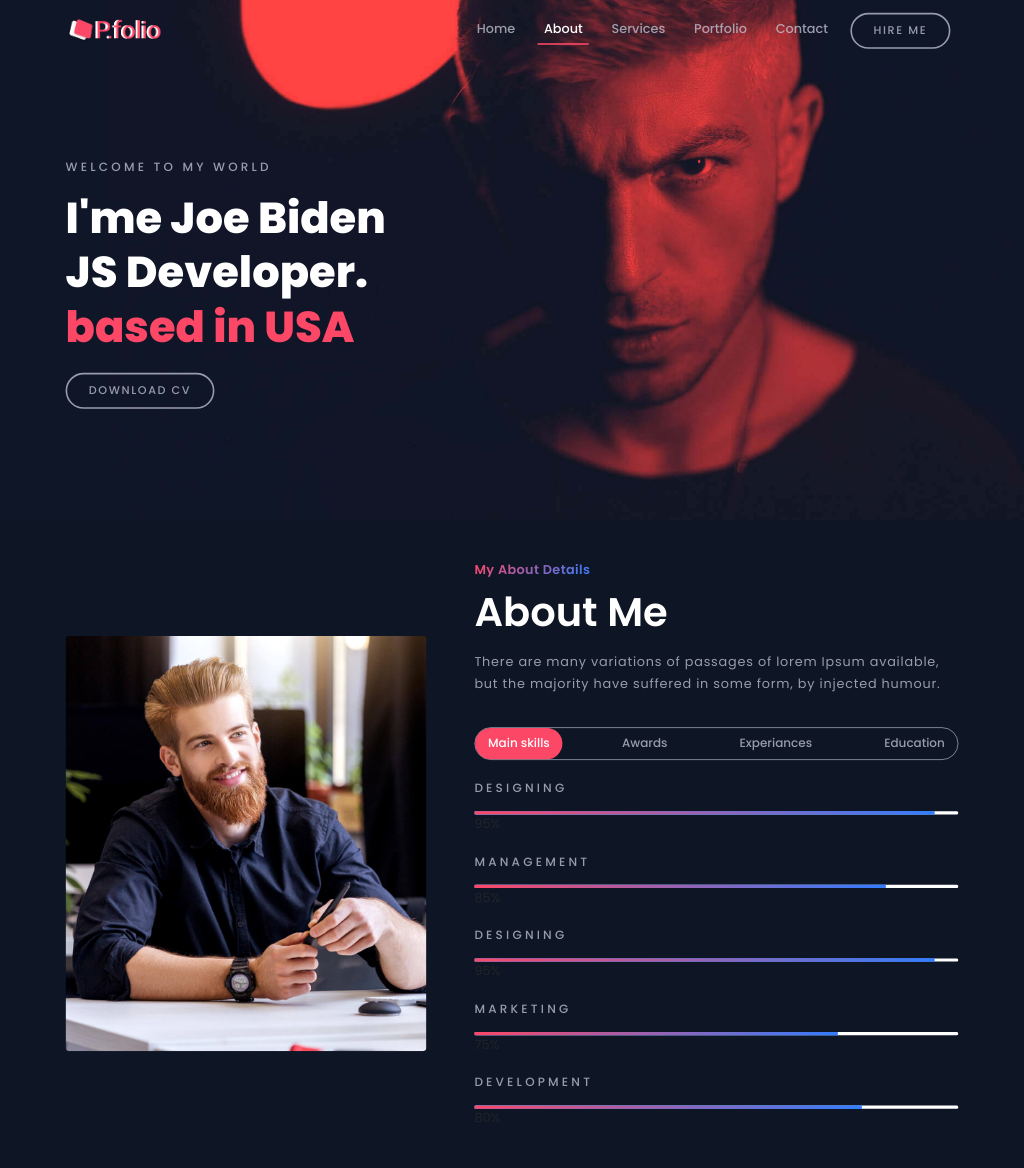
Repository: wadelfadill/Bootstrap_tache_3_responsive_portfolio
Page: index.html
These files come from the project's save history. The page is drawn as it stood at one moment and after the next save; the edit follows.
The browser window is 1280 px wide. The pictures show the whole page, at 80% of full size.
Backgrounds fixed to the window are drawn as part of the page. Some web libraries are served in a nearby version.

Above is the page before, as saved 2023-04-11 10:55:09.

### index.html
<!DOCTYPE html>
<html lang="en">
<head>
    <meta charset="UTF-8">
    <meta http-equiv="X-UA-Compatible" content="IE=edge">
    <meta name="viewport" content="width=device-width, initial-scale=1.0">
    <title>Bootstrap_Responsive_Portfolio</title>
    <!------ FAVICON ------->
    <link rel="icon" type="image/png" href="images/favicon.png">

    <!------------ Bootstrap link --------------->
    <link href="https://cdn.jsdelivr.net/npm/bootstrap@5.1.3/dist/css/bootstrap.min.css" rel="stylesheet" integrity="sha384-1BmE4kWBq78iYhFldvKuhfTAU6auU8tT94WrHftjDbrCEXSU1oBoqyl2QvZ6jIW3" crossorigin="anonymous">

    <!-------------- Font-awsome script  ------------->
    <script src="https://kit.fontawesome.com/8f130c8a35.js" crossorigin="anonymous"></script>

    <!------------ CSS files link  ------------->
    <link rel="stylesheet" href="css/style.css">
    <link rel="stylesheet" href="css/responsive-style.css">

    <!------------- Google-Font link ---------------->
    <link rel="stylesheet" href="https://fonts.googleapis.com/css2?family=Poppins%3Awght%40100%3B200%3B300%3B400%3B500%3B600%3B700%3B800%3B900&display=swap">
</head>
<body data-bs-spy="scroll" data-bs-target=".navbar" data-bs-offset="75">
    <!------------------------------------------------------>
        <!------------- Navbar Section ----------->
        <header class="header_wrapper">
            <nav class="navbar navbar-expand-lg fixed-top">
                <div class="container">
                  <a class="navbar-brand" href="#">
                    <img src="images/logo.png" alt="logo" class="img-fluid">
                  </a>
                  <button class="navbar-toggler" type="button" data-bs-toggle="collapse" data-bs-target="#navbarNav" aria-controls="navbarNav" aria-expanded="false" aria-label="Toggle navigation">
                    <i class="fa-solid fa-bars-staggered navbar-toggler-icon"></i>
                  </button>
                  <div class="collapse navbar-collapse justify-content-end" id="navbarNav">
                    <ul class="navbar-nav menu-navbar-nav">
                      <li class="nav-item">
                        <a class="nav-link active" aria-current="page" href="#home">Home</a>
                      </li>
                      <li class="nav-item">
                        <a class="nav-link" href="#about">About</a>
                      </li>
                      <li class="nav-item">
                        <a class="nav-link" href="#services">Services</a>
                      </li>
                      <li class="nav-item">
                        <a class="nav-link" href="#portfolio">Portfolio</a>
                      </li>
                      <li class="nav-item">
                        <a class="nav-link" href="#contact">Contact</a>
                      </li>
                      <li class="nav-item mt-3 mt-lg-0">
                        <a class="main-btn" href="#contact">Hire me</a>
                      </li>
                    </ul>
                  </div>
                </div>
              </nav>
        </header>
        <!----------- Navbar section end -------->
    <!------------------------------------------------------>
        <!----------- Banner section ------------->
        <section id="home" class="banner_wrapper">
            <div class="container">
                <div class="row">
                    <div class="col-sm-12 text-center text-md-start">
                        <h6>WELCOME TO MY WORLD</h6>
                        <h1>I'me Joe Biden <br> JS Developer. <span><br>based in USA</span></h1>
                        <div class="mt-4">
                            <a href="" class="main-btn">Download CV</a>
                        </div>
                    </div>
                </div>
            </div>
        </section>
        <!----------- Banner section end --------->
    <!------------------------------------------------------>
        <!----------- About section -------------->
        <section id="about" class="about_wrapper">
            <div class="container">
              <div class="row justify-content-between align-items-center">
                  <div class="col-lg-5 mb-lg-0">
                    <img src="images/about.jpg" alt="about-img" class="img-fluid rounded-3">
                  </div>
                  <div class="col-lg-7 ps-lg-5 text-center text-lg-start">
                    <div class="my-3 my-lg-0">
                      <span class="subtitle">My About Details</span>
                      <h2>About Me</h2>
                      <p>There are many variations of passages of lorem Ipsum available, but the majority have
                        suffered in some form, by injected humour.</p>
                    </div>
                    <div class="pt-4">
                      <ul class="nav nav-pills mb-3 justify-content-center justify-content-lg-between" id="pills-tab" role="tablist">
                        <li class="nav-item" role="presentation">
                          <button class="nav-link active" id="pills-skill-tab" data-bs-toggle="pill" data-bs-target="#pills-skill" type="button" role="tab" aria-controls="pills-skill" aria-selected="true">Main skills</button>
                        </li>
                        <li class="nav-item" role="presentation">
                          <button class="nav-link" id="pills-award-tab" data-bs-toggle="pill" data-bs-target="#pills-award" type="button" role="tab" aria-controls="pills-award" aria-selected="false">Awards</button>
                        </li>
                        <li class="nav-item" role="presentation">
                          <button class="nav-link" id="pills-experiance-tab" data-bs-toggle="pill" data-bs-target="#pills-experiance" type="button" role="tab" aria-controls="pills-experiance" aria-selected="false">Experiances</button>
                        </li>
                        <li class="nav-item" role="presentation">
                          <button class="nav-link" id="pills-education-tab" data-bs-toggle="pill" data-bs-target="#pills-education" type="button" role="tab" aria-controls="pills-education" aria-selected="false">Education</button>
                        </li>
                      </ul>
                      <div class="tab-content" id="pills-tabContent">
                        <div class="tab-pane fade show active" id="pills-skill" role="tabpanel" aria-labelledby="pills-skill-tab" tabindex="0">
                            <div class="single-progress">
                                <h6>Designing</h6>
                                <div class="progress">
                                  <div class="progress-bar" role="progressbar" aria-label="Basic example" style="width: 95%" aria-valuenow="25" aria-valuemin="0" aria-valuemax="100"></div>
                                </div>
                                <span class="lable">95%</span>
                            </div>
                            <div class="single-progress">
                              <h6>Management</h6>
                              <div class="progress">
                                <div class="progress-bar" role="progressbar" aria-label="Basic example" style="width: 85%" aria-valuenow="25" aria-valuemin="0" aria-valuemax="100"></div>
                              </div>
                              <span class="lable">85%</span>
                            </div>
                            <div class="single-progress">
                              <h6>Designing</h6>
                              <div class="progress">
                                <div class="progress-bar" role="progressbar" aria-label="Basic example" style="width: 95%" aria-valuenow="25" aria-valuemin="0" aria-valuemax="100"></div>
                              </div>
                              <span class="lable">95%</span>
                            </div>
                            <div class="single-progress">
                              <h6>Marketing</h6>
                              <div class="progress">
                                <div class="progress-bar" role="progressbar" aria-label="Basic example" style="width: 75%" aria-valuenow="25" aria-valuemin="0" aria-valuemax="100"></div>
                              </div>
                              <span class="lable">75%</span>
                            </div>
                            <div class="single-progress">
                              <h6>Development</h6>
                              <div class="progress">
                                <div class="progress-bar" role="progressbar" aria-label="Basic example" style="width: 80%" aria-valuenow="25" aria-valuemin="0" aria-valuemax="100"></div>
                              </div>
                              <span class="lable">80%</span>
                            </div>
                        </div>
                        <div class="tab-pane fade" id="pills-award" role="tabpanel" aria-labelledby="pills-award-tab" tabindex="0">
                          <ul class="text-start ps-0">
                            <li>
                              <a href="#">
                              Awards.com<span>- Winner</span></a> 2019 -2020</li>
                            <li>
                              <a href="#">
                              CSS Design Awards<span>- Winner</span></a> 2017 - 2018</li>
                            <li>
                              <a href="#">
                              Design nominees<span>- Site of the day</span></a></li>
                            <li>
                              <a href="#">
                              Awards.com<span>- Winner</span></a> 2019 - 2020</li>
                          </ul>
                        </div>
                        <div class="tab-pane fade" id="pills-experiance" role="tabpanel" aria-labelledby="pills-experiance-tab" tabindex="0">
                          <ul class="text-start ps-0">
                              <li><a href="#">Sr. Front-end Engineer <span>- Google</span></a>2018 - Current</li>
                              <li><a href="#">Front-end Engineer<span>- Microsoft</span></a> 2017 - 2018</li>
                              <li><a href="#">Software Engineer<span>- Alibaba</span></a> 2013 - 2014</li>
                              <li><a href="#">Software Engineer<span>- Alibaba</span></a> 2013 - 2014</li>
                          </ul>
                        </div>
                        <div class="tab-pane fade" id="pills-education" role="tabpanel" aria-labelledby="pills-education-tab" tabindex="0">
                          <ul class="text-start ps-0">
                            <li><a href="#">Bsc In CSE <span>- ABC University, Los Angeles, CA</span></a>2010</li>
                            <li><a href="#">Dilploma in Computer Science<span>- Gama Technical</span></a> 2009</li>
                            <li><a href="#">Graphic Designer<span>- ABC Institute, Los Angeles, CA</span></a> 2007</li>
                            <li><a href="#">Graphic Designer<span>- ABC Institute, Los Angeles, CA</span></a> 2007</li>
                        </ul>
                        </div>
                      </div>
                    </div>
                  </div>
              </div>
            </div>
        </section>
        <!----------- About section end ---------->
    <!------------------------------------------------------->
        <!----------- Services section ----------->

        <!----------- Services section end ------->
    <!------------------------------------------------------->
        <!----------- Portfolio section ---------->

        <!----------- Portfolio section end ----->
    <!------------------------------------------------------->
        <!----------- Contact section ----------->

        <!----------- Contact section end ------->
    <!------------------------------------------------------->
        <!------------ Footer section ----------->

        <!------------ Footer section end ------->
    <!------------------------------------------------------->
        <!-- JS file link -->
        <script src="js/main.js"></script>
        <!---------------- bootstrap script -------------->
        <script src="https://cdn.jsdelivr.net/npm/bootstrap@5.1.3/dist/js/bootstrap.bundle.min.js" integrity="sha384-ka7Sk0Gln4gmtz2MlQnikT1wXgYsOg+OMhuP+IlRH9sENBO0LRn5q+8nbTov4+1p" crossorigin="anonymous"></script>
</body>
</html>

### css/style.css
/* TABLE OF CONTENTS */
/* --------------------
1. General
2.Navbar
3.Banner
4.About
5.Services
6.Portfolio
7.contact
8.Footer
---------------------- */

/* 1. General */
@import url('https://fonts.googleapis.com/css2?family=Poppins%3Awght%40100%3B200%3B300%3B400%3B500%3B600%3B700%3B800%3B900&display=swap');

*{
    box-sizing: border-box;
    margin: 0;
    padding: 0;
}
:root{
    /* Background Color */
    --primary-color:#FD4766;
    --secondary-color:#0e1525;
    --bg-dark-blue:#091020;
    --bg-white:#fff;
    --gray-color:#c6c9d8bf;
    --gradient-color: linear-gradient(-224deg, var(--primary-color) 0, #337Dff 100%);
    --gradient-text: linear-gradient(120deg, #1C99FE 20.69%, #7644FF 50.19%, var(--primary-color) 79.69%);
    filter: progid:DXImageTransform.Microsoft.gradient(startColorstr='var(--primary-color)', endColorstr='var(--secondary-color)', GradientType=1);

    /* Text Color */
    --primary-font: 'Poppins', 'sans-serif';
    --primary-text: #FD4766;
    --text-gray: #c6c9d8bf;
    --text-white:#fff;

}

body{
    font-family: var(--primary-font);
    background-color: var(--secondary-color);
}
a{
    text-decoration: none;
}

/* 2. custom css */
::-webkit-scrollbar{
    width: 6px;
}
::-webkit-scrollbar-track{
    background: var(--bg-dark-blue);
}
::-webkit-scrollbar-thumb{
    background: var(--primary-color);
}
input[type=number]::-webkit-inner-spin-button,
input[type=number]::-webkit-outer-spin-button{
    -webkit-appearance: none;
    margin: 0;
}

section{
    padding: 50px 0;
}
.main-btn{
    display: inline-block;
    border-radius: 50px;
    transition: all .4s ease-in-out;
    padding: 10px 27px;
    background-color: transparent;
    border: 2px solid var(--gray-color);
    color: var(--text-gray);
    font-weight: 500;
    font-size: 14px;
    text-transform: uppercase;
    letter-spacing: 2px;
    text-decoration: none;
}
.main-btn:hover{
    background-color: var(--primary-color);
    border-color: var(--primary-color);
    color: var(--text-white);

}
h1{
    font-size: 54px;
    line-height: 68px;
    font-weight: 800;
    color: var(--text-white);
    margin-bottom: 20px;
}
h1 span{
    color: var(--primary-color);
}
h2{
    font-size: 50px;
    line-height: 1.3;
    font-weight: 600;
    color: var(--text-white);
    margin-bottom: 15px;
}
h3{
    font-size: 20px;
    font-weight: 800;
    color: var(--text-white);
    margin-bottom: 19px;
}
h6{
    font-size: 15px;
    text-transform: uppercase;
    letter-spacing: 4px;
    display: block;
    color: var(--text-gray);
    margin-bottom: 20px;
}

p{
    color: var(--text-gray);
    font-size: 16px;
    line-height: 28px;
    letter-spacing: 1px;
    font-weight: 400;
}

.subtitle{
    display: inline-block;
    font-weight: 600;
    letter-spacing: 0.5px;
    line-height: 18px;
    font-size: 16px;
    margin-bottom: 12px;
    background: var(--gradient-color);
    -webkit-background-clip: text;
    -webkit-text-fill-color: transparent;
}
input:hover,
input:focus,
textarea:hover,
textarea:focus,
button{
    outline: none !important;
    box-shadow: none !important;
}

/* 2. Navbar */
.header_wrapper .navbar{
    padding: 15px 0;
    -webkit-transition: all .2s linear;
    -o-transition: all .2s linear;
    transition: all .2s linear;

}
.header_wrapper .navbar-brand img{
    max-width: 120px;
    height: auto;
}
.header_wrapper .navbar-toggler{
    border: 0;
    color: var(--gray-color);
    line-height: 2;
}
.header_wrapper .navbar-toggler:focus{
    box-shadow: none;
}
.header_wrapper .nav-item{
    margin: 0 10px;
}
.header_wrapper .nav-item .nav-link{
    position: relative;
    font-size: 16px;
    font-weight: 500;
    color: var(--text-gray);
    display: inline-block;
}
.header_wrapper .nav-item .nav-link::after{
    position: absolute;
    content: '';
    left: 0;
    width: 0;
    height: 2px;
    background: var(--primary-color);
    transition: 0.3s;
    bottom: 0;
}
.header_wrapper .nav-item .nav-link.active::after,
.header_wrapper .nav-item .nav-link:hover::after{
    width: 100%;

}
.header_wrapper .nav-item .nav-link.active,
.header_wrapper .nav-item .nav-link:hover{
     color: var(--text-white);
}
.header-scrolled{
    position: fixed;
    top: 0;
    left: 0;
    width: 100%;
    background-color: var(--bg-dark-blue);
    -webkit-box-shadow: 0 4px 6px 0 rgba(12, 0, 46, .05);
    box-shadow: 0 4px 6px 0 rgba(12, 0, 46, .05);
}
.header-scrolled .nav-item .nav-link.active,
.header-scrolled .nav-item .nav-link:hover{
     color: var(--primary-text);
}
/* 3. Banner */
.banner_wrapper{
    width: 100%;
    height: auto;
    min-height: 650px;
    background-image: url('../images/bg-image.jpg');
    background-repeat: no-repeat;
    background-position: center center;
    background-size: cover;
    background-attachment: fixed;
    padding: 200px 0 100px 0;
}
/* 4. About */
.about_wrapper ul.nav-pills{
    border: 1px solid var(--gray-color);
    border-radius: 50px;

}
.about_wrapper ul li .nav-link{
    border-radius: 50px;
    font-size: 15px;
    font-weight: 500;
    transition: all 0.45s cubic-bezier(0,0,0.2,1);
    display: inline-block;
    color: var(--text-gray);
    border: 0;
}
.about_wrapper ul li .nav-link.active{
    background-color: var(--primary-color);
}
.about_wrapper .single-progress{
    margin-top: 26px;
    position: relative;
    overflow: hidden;
}
.about_wrapper .single-progress .progress{
    height: 4px;
    box-shadow: none;
    border-radius: 4px;
    background-color: var(--bg-white);
    overflow: visible;
}
.about_wrapper .single-progress .progress-bar{
    background-image: var(--gradient-color);
}
.about_wrapper .single-progress h6{
    text-align: left;
}
.about_wrapper .single-progress .label{
    position: absolute;
    right: 0;
    top: 0;
    color: var(--text-gray);
    font-size: 15px;
}
.about_wrapper .tab-pane li{
    color: var(--gray-color);
    font-size: 16px;
    margin-bottom: 15px;
    font-weight: 300;
    list-style: none;
}
.about_wrapper .tab-pane li a{
    font-weight: 500;
    display: block;
    color: var(--text-gray);
}

### css/responsive-style.css
@media (max-width:991px){

    /* Custom css */
    section{
        padding: 30px 0;
    }
    h2{
        font-size: 30px;
        line-height: 40px;
    }
    h3{
        font-size: 20px;
    }
    /* 2. Navbar */
    .header-scrolled{
        height: auto;
    }
    .header_wrapper .menu-navbar-nav{
        text-align: center;
        background-color: var(--bg-dark-blue);
        padding-bottom: 15px;
    }
    .header_wrapper .nav-item .nav-link{
        margin-top: 15px;
    }
    /* banner wrapper */
    .banner_wrapper{
        padding: 200px 0;
    }
}



@media (max-width:767px){
    /* Custom css */
    section{
        padding: 30px 0;
    }
    h1{
        font-size: 40px;
        line-height: 48px;
    }
    h2{
        font-size: 25px;

    }
    p{
        font-size: 13px;
        line-height: 24px;
    }
}

### js/main.js
//Header Scroll
let nav = document.querySelector(".navbar");
window.onscroll = function () {
    if(document.documentElement.scrollTop > 20){
        nav.classList.add("header-scrolled");
    }else{
        nav.classList.remove("header-scrolled");
    }
}

// nav hide
let navBar = document.querySelectorAll(".nav-link");
let navCollapse = document.querySelector(".navbar-collapse.collapse");
navBar.forEach(function(a){
    a.addEventListener("click", function(){
        navCollapse.classList.remove("show")
    })
})

After the next save:
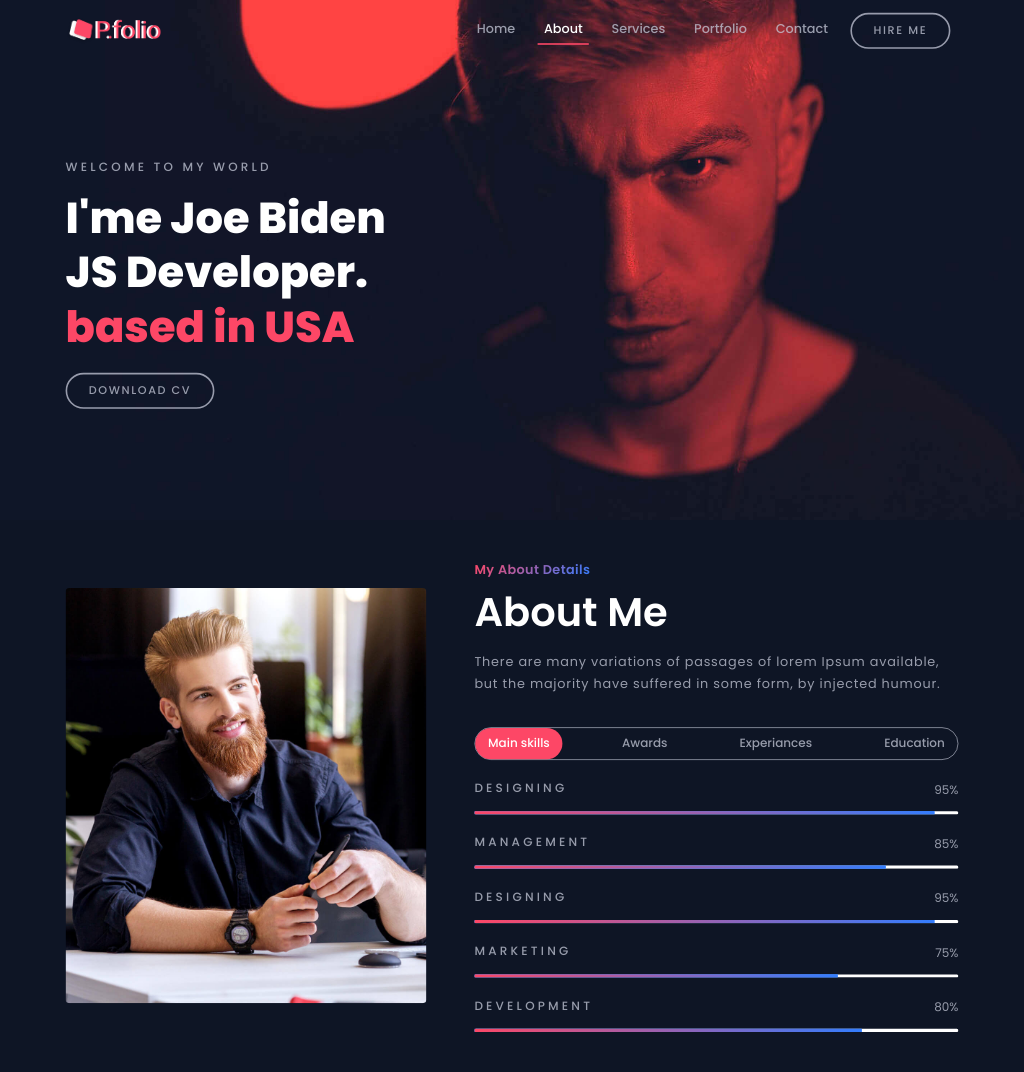
Saved 2 min 11 s later.
--- a/index.html
+++ b/index.html
@@ -112,35 +112,35 @@
                                 <div class="progress">
                                   <div class="progress-bar" role="progressbar" aria-label="Basic example" style="width: 95%" aria-valuenow="25" aria-valuemin="0" aria-valuemax="100"></div>
                                 </div>
-                                <span class="lable">95%</span>
+                                <span class="label">95%</span>
                             </div>
                             <div class="single-progress">
                               <h6>Management</h6>
                               <div class="progress">
                                 <div class="progress-bar" role="progressbar" aria-label="Basic example" style="width: 85%" aria-valuenow="25" aria-valuemin="0" aria-valuemax="100"></div>
                               </div>
-                              <span class="lable">85%</span>
+                              <span class="label">85%</span>
                             </div>
                             <div class="single-progress">
                               <h6>Designing</h6>
                               <div class="progress">
                                 <div class="progress-bar" role="progressbar" aria-label="Basic example" style="width: 95%" aria-valuenow="25" aria-valuemin="0" aria-valuemax="100"></div>
                               </div>
-                              <span class="lable">95%</span>
+                              <span class="label">95%</span>
                             </div>
                             <div class="single-progress">
                               <h6>Marketing</h6>
                               <div class="progress">
                                 <div class="progress-bar" role="progressbar" aria-label="Basic example" style="width: 75%" aria-valuenow="25" aria-valuemin="0" aria-valuemax="100"></div>
                               </div>
-                              <span class="lable">75%</span>
+                              <span class="label">75%</span>
                             </div>
                             <div class="single-progress">
                               <h6>Development</h6>
                               <div class="progress">
                                 <div class="progress-bar" role="progressbar" aria-label="Basic example" style="width: 80%" aria-valuenow="25" aria-valuemin="0" aria-valuemax="100"></div>
                               </div>
-                              <span class="lable">80%</span>
+                              <span class="label">80%</span>
                             </div>
                         </div>
                         <div class="tab-pane fade" id="pills-award" role="tabpanel" aria-labelledby="pills-award-tab" tabindex="0">
